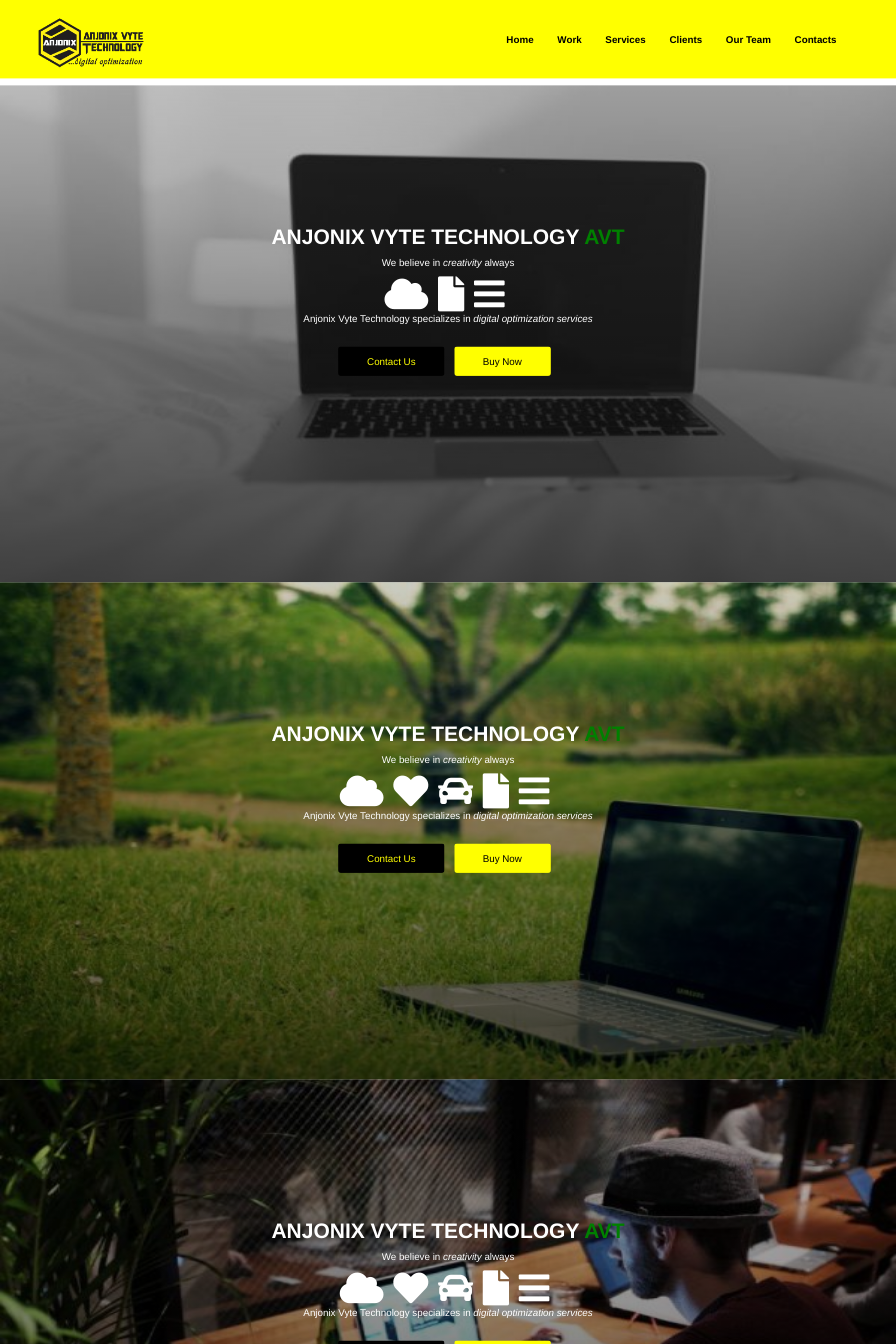
Repository: anjonix/Responsive-Website
Page: index.html
These files come from the project's save history. The page is drawn as it stood at one moment and after the next save; the edit follows.
The browser window is 1280 px wide. The pictures show the part of the page from y = 0 to 1920 px (the page is 2962 px tall), at 70% of full size.

Above is the page before, as saved 2019-08-14 11:25:40.

After the next save:
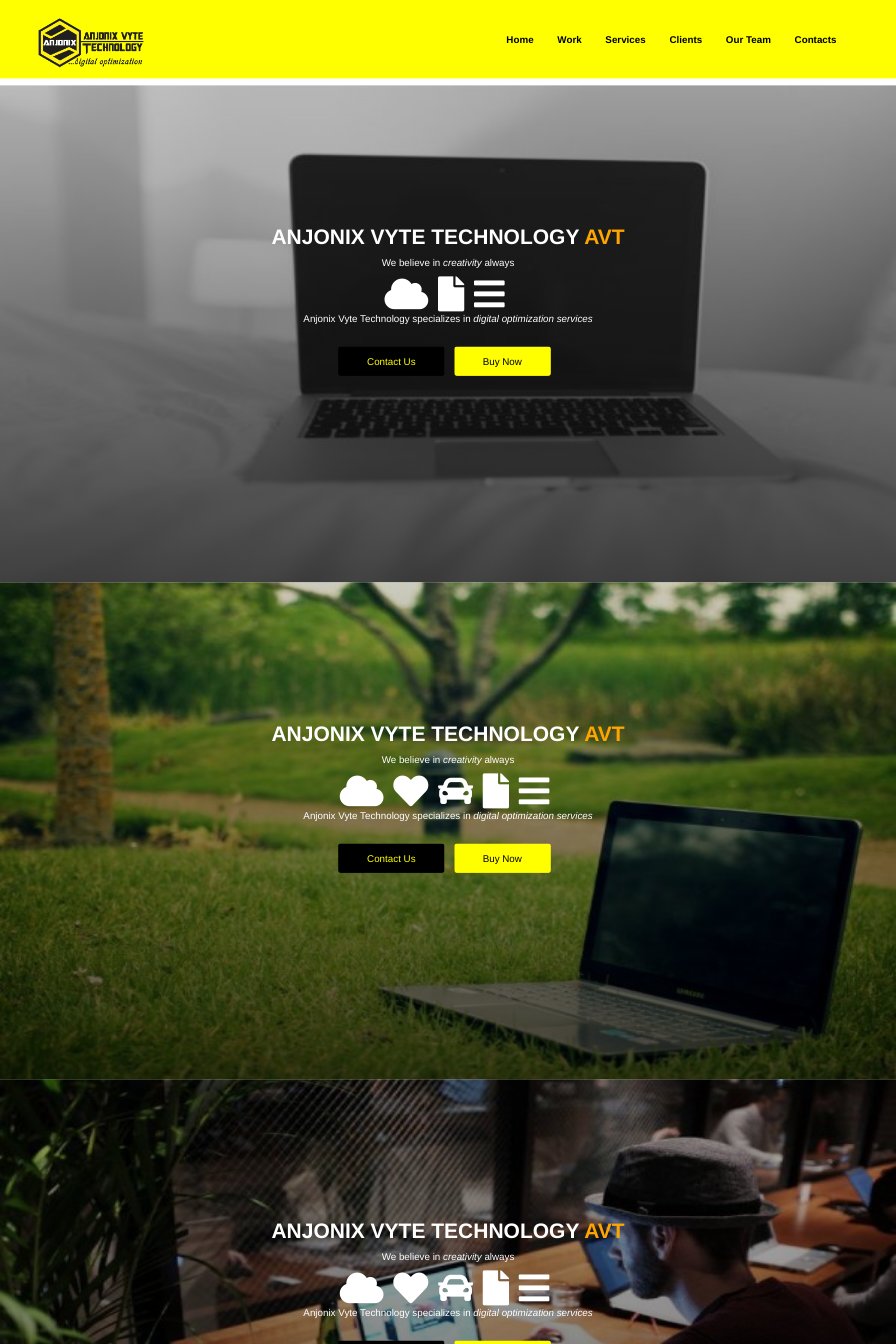
Saved 112 s later.
--- a/CSS/styles.css
+++ b/CSS/styles.css
@@ -56,7 +56,7 @@
 }
 .slider span
 {
-    color: green;
+    color: orange;
 }
 .slider a{
     padding: 10px 40px;
